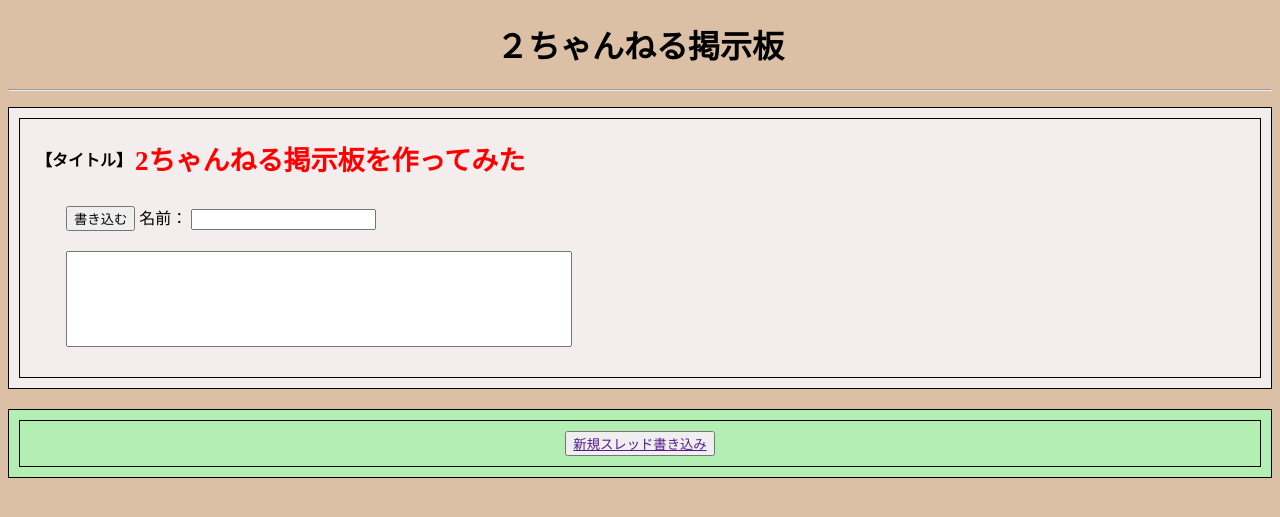
Repository: daidai0602/mba_portal
Page: http://localhost/
An editor plug-in stored every save of this project. The page is shown before and after a run of saves, followed by the edit.
The browser window is 1280 px wide. The pictures show the whole page.
The page is run by PHP 8.4 with error messages shown; the project is at /var/www/html/. Queries for data that is not in the repository find no rows.

Above is the page before, as saved 2023-11-27 14:35:24.

### index.php
<?php
include_once("./app/database/connect.php");
?>

<!DOCTYPE html>
<html lang="ja">

<head>
  <meta charset="UTF-8">
  <meta name="viewport" content="width=device-width, initial-scale=1.0">
  <title>2ちゃんねる掲示板</title>
  <link rel="stylesheet" href="./assets/css/style.css">
</head>

<body>
  <?php include("app/parts/header.php"); ?>
  <?php include("app/parts/validation.php"); ?>
  <?php include("app/parts/thread.php"); ?>
  <?php include("app/parts/newThreadButton.php"); ?>
</body>
</html>

### app/database/connect.php
<?php
$user = "root";

//DBと接続
try{
  $pdo = new PDO('mysql:host=localhost;dbname=2chan-bbs', $user, "");
} catch (PDOException $error){
  echo $error->getMessage();
}

### app/parts/header.php
<header>
    <h1 class = "title">２ちゃんねる掲示板</h1>
    <hr>
  </header>

### app/parts/validation.php
<?php

include_once("./app/database/connect.php");

$error_message = array();

if (isset($_POST["submitButton"])) {

  //お名前入力チェック
  if(empty($_POST['username'])){
    $error_message["username"] = "お名前を入力してください。";
  }else {
    //エスケープ処理
    $escaped["username"] = htmlspecialchars($_POST["username"], ENT_QUOTES, "UTF-8");
  }
    //コメント入力チェック
  if(empty($_POST["body"])){
    $error_message["body"] = "コメントを入力してください。";
  } else {
    //エスケープ処理
    $escaped["body"] = htmlspecialchars($_POST["body"], ENT_QUOTES, "UTF-8");
  }

  if(empty($error_message)){
      $post_date = date("Y-m-d H:i:s");

      $sql = "INSERT INTO `comment` (`username`, `body`, `post_date`) VALUES (:username, :body, :post_date);";
      $statement = $pdo->prepare($sql);

      //値をセットする
      $statement->bindParam(":username", $escaped["username"], PDO::PARAM_STR);
      $statement->bindParam(":body", $escaped["body"], PDO::PARAM_STR);
      $statement->bindParam(":post_date", $post_date, PDO::PARAM_STR);

      $statement->execute();

  }
}

$comment_array = array();

//コメントデータをテーブルから取得
$sql = "SELECT * FROM comment";
$statement = $pdo->prepare($sql);
$statement->execute();

$comment_array = $statement;
// var_dump($comment_array->fetchAll());

?>

<!-- バリデーションチェックのエラー分吐き出し -->
  <?php if(isset($error_message)) : ?>
    <ul class="errorMessage">
      <?php foreach ($error_message as $error) : ?>
        <li><?php echo $error ?></li>
      <?php endforeach; ?>
    </ul>
  <?php endif; ?>

### app/parts/thread.php
<?php

include_once("./app/database/connect.php");
include("app/functions/comment_add.php");
include("app/functions/comment_get.php");
?>


<div class="threadWrapper">
    <div class="childWrapper">
      <div class= "threadTitle">
        <span>【タイトル】</span>
        <h1>2ちゃんねる掲示板を作ってみた</h1>
      </div>
      <?php include("commentSection.php"); ?>
      <?php include("commentForm.php"); ?>

    </div>
  </div>

### app/functions/comment_add.php
<?php
$error_message = array();

if (isset($_POST["submitButton"])) {

  //お名前入力チェック
  if(empty($_POST['username'])){
    $error_message["username"] = "お名前を入力してください。";
  }else {
    //エスケープ処理
    $escaped["username"] = htmlspecialchars($_POST["username"], ENT_QUOTES, "UTF-8");
  }
    //コメント入力チェック
  if(empty($_POST["body"])){
    $error_message["body"] = "コメントを入力してください。";
  } else {
    //エスケープ処理
    $escaped["body"] = htmlspecialchars($_POST["body"], ENT_QUOTES, "UTF-8");
  }

  if(empty($error_message)){
      $post_date = date("Y-m-d H:i:s");

      $sql = "INSERT INTO `comment` (`username`, `body`, `post_date`) VALUES (:username, :body, :post_date);";
      $statement = $pdo->prepare($sql);

      //値をセットする
      $statement->bindParam(":username", $escaped["username"], PDO::PARAM_STR);
      $statement->bindParam(":body", $escaped["body"], PDO::PARAM_STR);
      $statement->bindParam(":post_date", $post_date, PDO::PARAM_STR);

      $statement->execute();

  }
}

### app/functions/comment_get.php
<?php
$comment_array = array();

//コメントデータをテーブルから取得
$sql = "SELECT * FROM comment";
$statement = $pdo->prepare($sql);
$statement->execute();

$comment_array = $statement;
// var_dump($comment_array->fetchAll());

### app/parts/commentSection.php
<section>
        <?php foreach($comment_array as $comment) : ?>
          <article>
            <div class="wrapper">
              <div class="nameArea">
                <span>名前：</span>
                <p class="username"><?php echo $comment["username"]; ?></p>
                <time?>：<?php echo $comment["post_date"]; ?></time>
              </div>
              <p class="comment"><?php echo $comment["body"]; ?></p>
            </div>
          </article>
        <?php endforeach ?>

      </section>

### app/parts/commentForm.php
<form class="formWrapper" method="POST">
        <div>
          <input type="submit" value="書き込む" name="submitButton">
          <label>名前：</label>
          <input type="text" name="username">
        </div>
        <div>
          <textarea class="commentTextArea" name="body"></textarea>
        </div>
 </form>

### app/parts/newThreadButton.php
<div class="newThreadWrapper">
  <div class="newChildThreadWrapper">
    <button><a href="">新規スレッド書き込み</a></button>
  </div>

</div>

### assets/css/style.css
body {
  background-color: #dcc0a6;
}
.title {
  text-align: center;
  font-style: 34px;
}
.threadWrapper {
  background-color: #f3eded;
  padding: 10px;
  max-width: 1300px;
  margin: 0px auto;
  border: 1px solid black;
  margin-bottom: 20px;
}
.childWrapper {
  border: 1px solid black;
  padding: 10px;
}
.threadTitle {
  display: flex;
  align-items: center;
  font-weight: 600;
  margin-left: 6px;
  height: 60px;
}
.threadTitle h1{
  color: red;
  margin-left: 3px;
  font-size: 27px;
}
section {
  padding: 0 10px;
}
section .nameArea {
  display: flex;
  align-items: center;
  margin-bottom: -14px;
}

section .username {
  color: rgb(0, 128, 9);
  font-weight: 700;
}

section .comment {
  margin-top: 0;
  margin-left:20px;
}

.formWrapper {
  padding: 16px;
  margin-left: 20px;
}

.commentTextArea {
  margin-top: 20px;
  width: 500px;
  height: 90px;
  resize: none;
}

.errorMessage {
  color: red;
  margin-left: 70px;
}

/*新規スレッド*/
.newThreadWrapper {
  background-color: #b3eeb3;
  padding: 10px;
  max-width: 1300px;
  margin: 0 auto;
  border: 1px solid black;
  margin-bottom: 20px;
}

.newChildThreadWrapper{
  text-align: center;
  padding: 10px;
  border: 1px solid black;
}

.newChildThreadWrapper button a {
  width: 150px;
  color: ;
}

After the next 4 saves:
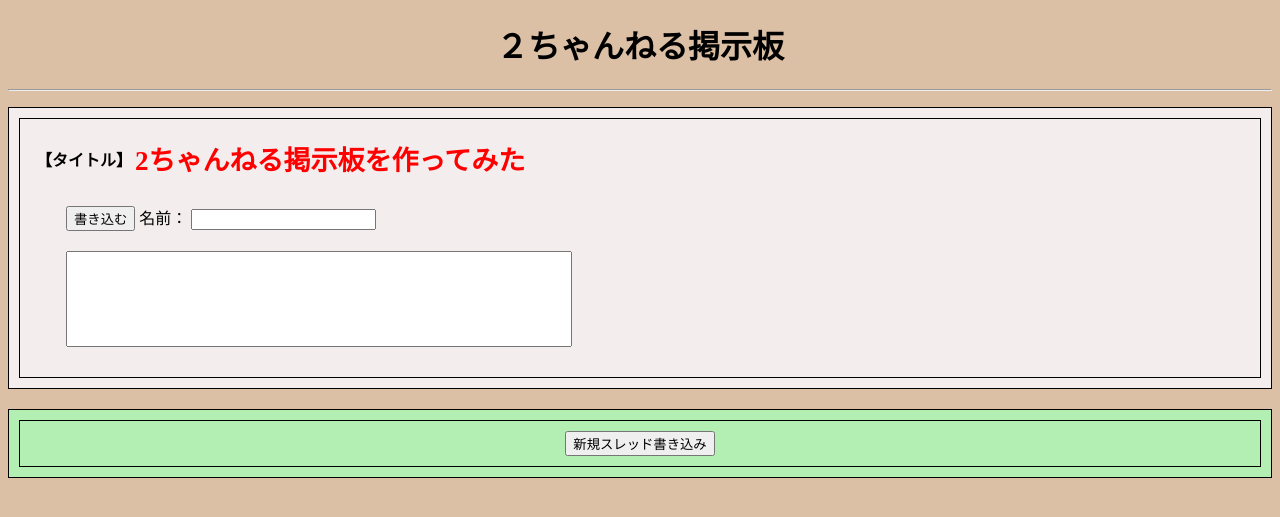
The 4 saves are shown as one change because they came seconds apart.
The last was saved 8 s later.
--- a/assets/css/style.css
+++ b/assets/css/style.css
@@ -83,5 +83,6 @@
 
 .newChildThreadWrapper button a {
   width: 150px;
-  color: ;
+  color: black;
+  text-decoration: none;
 }
